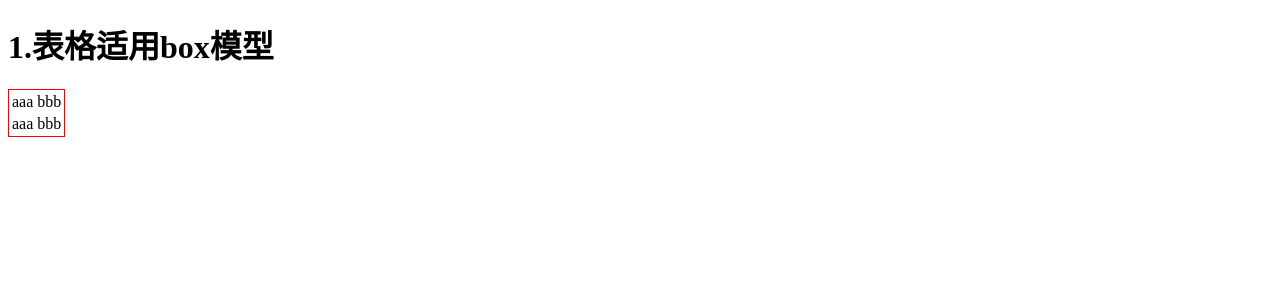
Repository: MasterKweng/workspace
Page: WebBasic/WebContent/Day02/table.html
An editor plug-in stored every save of this project. The page is shown before and after the next save, followed by the edit.
The browser window is 1280 px wide. The pictures show the whole page.

Above is the page before, as saved 2018-01-04 07:38:50.

After the next save:
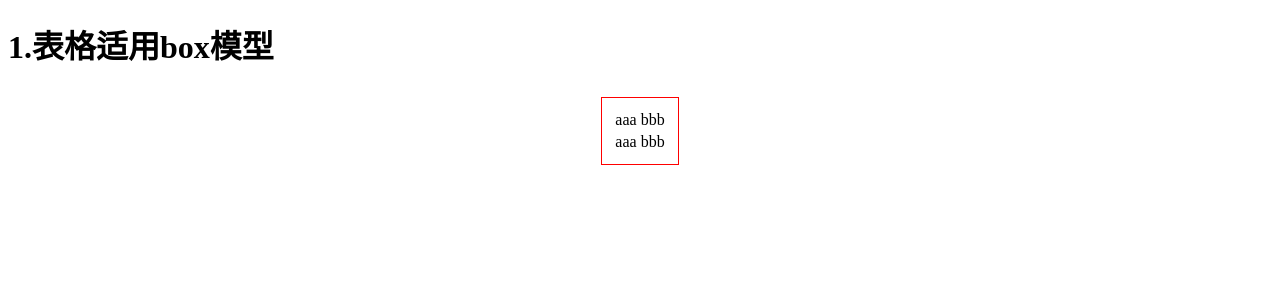
Saved 19 s later.
--- a/WebBasic/WebContent/Day02/table.html
+++ b/WebBasic/WebContent/Day02/table.html
@@ -7,6 +7,8 @@
 			#t1{
 				width:20px;
 				border:1px solid #f00;
+				padding:10px;
+				margin:30px auto;
 			}
 		</style>
 	</head>
